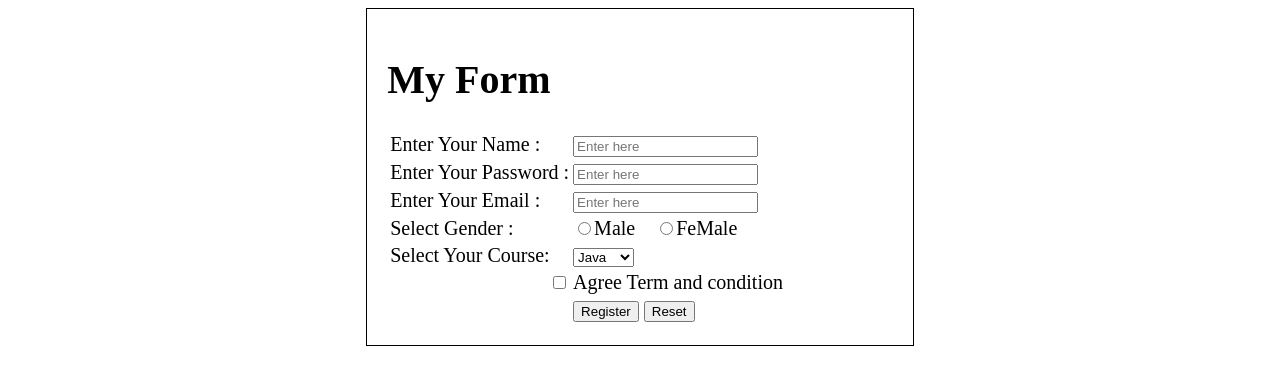
Repository: Kamleshmaury/CoreJava
Page: RegistrationForm/src/main/webapp/index.html
An editor plug-in stored every save of this project. The page is shown before and after the next save, followed by the edit.
The browser window is 1280 px wide. The pictures show the whole page.

Above is the page before, as saved 2022-10-18 09:09:56.

After the next save:
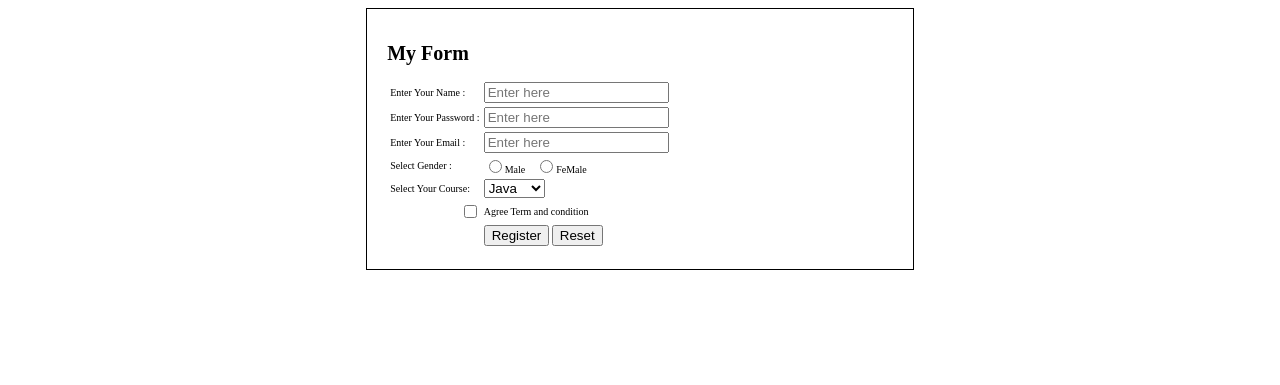
Saved 9 s later.
--- a/RegistrationForm/src/main/webapp/index.html
+++ b/RegistrationForm/src/main/webapp/index.html
@@ -10,7 +10,7 @@
 				border: 1px solid black;
 				margin: auto;
 				padding: 20px;
-				font-size: 20px;
+				font-size: 10px;
 			}
 
 		</style>
